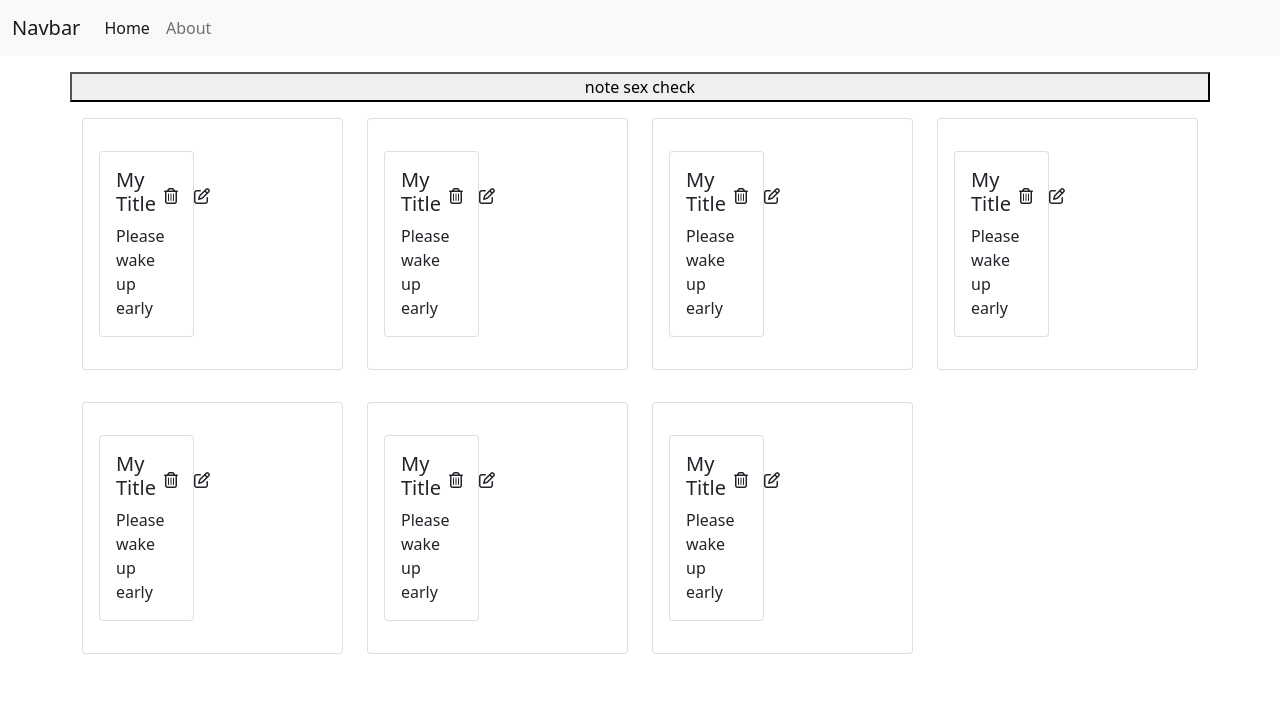
Repository: Asad-devv/inotebook-mern
Page: /
The author's editor kept a copy of each file at every save. The page is drawn from the files as they stood at one save, then again after the next save.
The browser window is 1280 px wide. The pictures show the whole page.
Some web libraries are served in a nearby version. The project was rebuilt for these pictures with package versions that can differ from the ones it lists, and the page was loaded fresh each time. Also part of the build but not shown: vite.config.js, src/components/AddNote.jsx, src/components/About.jsx.

Above is the page before, as saved 2023-04-14 01:09:06.

### index.html
<!DOCTYPE html>
<html lang="en">
  <head>
    <meta charset="UTF-8" />
    <link rel="icon" type="image/svg+xml" href="/vite.svg" />
    <meta name="viewport" content="width=device-width, initial-scale=1.0" />
    <link href="https://cdn.jsdelivr.net/npm/bootstrap@5.0.2/dist/css/bootstrap.min.css" rel="stylesheet" integrity="sha384-EVSTQN3/azprG1Anm3QDgpJLIm9Nao0Yz1ztcQTwFspd3yD65VohhpuuCOmLASjC" crossorigin="anonymous">
    <title>iNotebook</title>
  </head>
  <body>
    <div id="root"></div>
    <script type="module" src="/src/main.jsx"></script>

    <script src="https://kit.fontawesome.com/26504e4a1f.js" crossorigin="anonymous"></script>

    <script src="https://cdn.jsdelivr.net/npm/@popperjs/core@2.9.2/dist/umd/popper.min.js" integrity="sha384-IQsoLXl5PILFhosVNubq5LC7Qb9DXgDA9i+tQ8Zj3iwWAwPtgFTxbJ8NT4GN1R8p" crossorigin="anonymous"></script>
    <script src="https://cdn.jsdelivr.net/npm/bootstrap@5.0.2/dist/js/bootstrap.min.js" integrity="sha384-cVKIPhGWiC2Al4u+LWgxfKTRIcfu0JTxR+EQDz/bgldoEyl4H0zUF0QKbrJ0EcQF" crossorigin="anonymous"></script>
  </body>
</html>

### src/main.jsx
import React from 'react'
import ReactDOM from 'react-dom/client'
import App from './App'
// import './index.css'
import { BrowserRouter } from "react-router-dom"
import { Provider } from 'react-redux'
import store from './states/Store'


ReactDOM.createRoot(document.getElementById('root')).render(
  <React.StrictMode>
    <BrowserRouter>
    <Provider store={store} >
    <App />
    </Provider>
    </BrowserRouter>
  </React.StrictMode>,
)

### src/App.jsx
import { useState } from 'react'
import reactLogo from './assets/react.svg'
import viteLogo from '/vite.svg'
// import './App.css'
import {Home,Navbar,About} from "./components"
import { Route, Routes } from "react-router-dom"




function App() {

  return (
      <>
      <Navbar/>
      <div className="container">
      <Routes>
      <Route path="/" element={<Home />} />
      <Route path="/about" element={<About />} />
      </Routes>
      </div>

    </>
  );
}
export default App

### src/states/Store.js
import { configureStore } from '@reduxjs/toolkit'
import notesReducer from "./redux/notesSlice"


export default configureStore({
  reducer: {notes:notesReducer},
})

### src/components/index.js
import Home from "./Home"
import Navbar from "./Navbar"
import About from "./About"



export { Home,Navbar,About }

### src/states/redux/notesSlice.js
import { createSlice } from '@reduxjs/toolkit'


const notesInitial = [
        {
          "_id": "61322f19553781a8ca8d0e06",
          "user": "6131dc5e3e4037cd4734a066",
          "title": "My Title",
          "description": "Please wake up early",
          "tag": "personal",
          "date": "2021-09-03T14:20:09.509Z",
          "__v": 0
        },
        {
          "_id": "61322f19553781a8ca8d0e08",
          "user": "6131dc5e3e4037cd4734a066",
          "title": "My Title",
          "description": "Please wake up early",
          "tag": "personal",
          "date": "2021-09-03T14:20:09.668Z",
          "__v": 0
        },
        {
          "_id": "61322f19553781a8ca8d0e08",
          "user": "6131dc5e3e4037cd4734a066",
          "title": "My Title",
          "description": "Please wake up early",
          "tag": "personal",
          "date": "2021-09-03T14:20:09.668Z",
          "__v": 0
        },
        {
          "_id": "61322f19553781a8ca8d0e08",
          "user": "6131dc5e3e4037cd4734a066",
          "title": "My Title",
          "description": "Please wake up early",
          "tag": "personal",
          "date": "2021-09-03T14:20:09.668Z",
          "__v": 0
        },
        {
          "_id": "61322f19553781a8ca8d0e08",
          "user": "6131dc5e3e4037cd4734a066",
          "title": "My Title",
          "description": "Please wake up early",
          "tag": "personal",
          "date": "2021-09-03T14:20:09.668Z",
          "__v": 0
        },
        {
          "_id": "61322f19553781a8ca8d0e08",
          "user": "6131dc5e3e4037cd4734a066",
          "title": "My Title",
          "description": "Please wake up early",
          "tag": "personal",
          "date": "2021-09-03T14:20:09.668Z",
          "__v": 0
        },
        {
          "_id": "61322f19553781a8ca8d0e08",
          "user": "6131dc5e3e4037cd4734a066",
          "title": "My Title",
          "description": "Please wake up early",
          "tag": "personal",
          "date": "2021-09-03T14:20:09.668Z",
          "__v": 0
        },
      ]

export const notesSlice= createSlice({
    name:'notes',
    initialState:{value:notesInitial},
    reducers:{
        addNote:(state,action)=>{
                const newNote = action.payload
                return {
                    ...state,
                    value: [...state.value, newNote],
                };

        },deleteNote:(state)=>{

        },
        editNote:()=>{

        }
    }
})


export const { addNote} = notesSlice.actions

export default notesSlice.reducer

### src/components/Home.jsx
import React from 'react'
import { useSelector,useDispatch } from 'react-redux'
// import { update } from '../states/redux/notesSlice';
import Notes from './Notes';

const Home = () => {
  const dispatch= useDispatch();
  const notes =  useSelector((state) => state.notes.value)
  console.log(notes)
  return (
    <div>



        <Notes></Notes>
    </div>
  )
}

export default Home

### src/components/Navbar.jsx
import React,{useEffect,useState} from 'react'
import {Link,useLocation } from "react-router-dom"

const Navbar = () => {


  let location = useLocation();
  const [activeLink, setActiveLink] = useState()

  useEffect(() => {
    // Google Analytics
  }, [location]);

  return (

    <nav className="navbar navbar-expand-lg navbar-light bg-light">
      <div className="container-fluid">
        <a className="navbar-brand" href="#">Navbar</a>
        <button className="navbar-toggler" type="button" data-bs-toggle="collapse" data-bs-target="#navbarNav" aria-controls="navbarNav" aria-expanded="false" aria-label="Toggle navigation">
          <span className="navbar-toggler-icon" />
        </button>
        <div className="collapse navbar-collapse" id="navbarNav">
          <ul className="navbar-nav">
            <li className="nav-item">
              <Link to="/" className={`${location.pathname==="/" && "active"}   nav-link`} aria-current="page" href="#">Home</Link >
            </li>

            <li className="nav-item">
              <Link to="/about" className={`${location.pathname==="/about" && "active"}   nav-link`} href="#">About</Link >
            </li>

          </ul>
        </div>
      </div>
    </nav>  )
}

export default Navbar

### src/components/Notes.jsx
import React from 'react'
import { useSelector,useDispatch } from 'react-redux'
// import { update } from '../states/redux/notesSlice';
import { addNote } from '../states/redux/notesSlice'
import AddNote from './AddNote'

const NoteItem = ({title,description,tag})=>{
    return(
        <div className="col-md-3">
        <div class="card my-3">
            <div class ="card-body">
            {/* <h5 class ="card-title">{title}</h5> */}
            {/* <p class ="card-text">{description}</p>  */}
    <div className="col-md-5">
        <div className="card my-3">
            <div className="card-body">
                <div className="d-flex align-items-center">
                    <h5 className="card-title">{title}</h5><i className="far fa-trash-alt mx-2"></i>
                    <i className="far fa-edit mx-2"></i>
                </div>
                <p className="card-text">{description}</p>

            </div>
        </div></div>
        </div>
        </div>
    </div>
    )
}



const Notes = () => {
    const dispatch= useDispatch();
const notes =  useSelector((state) => state.notes.value)

const newNote = {tag:"asad",title:"shitty",description:"lorem1212121jasn ausb ashd kasd ahsklkjsdn "}
  return (

    <div className='row my-3'>
    <button onClick={()=>{dispatch(addNote(newNote))}}>note sex check</button>
         {notes.map((note)=>{
        return(
        //   <h1 key={  .id}>{note.title}</h1>
            <NoteItem key={note.id} {...note}/>
        )
      })}</div>
  )
}

export default Notes

After the next save:
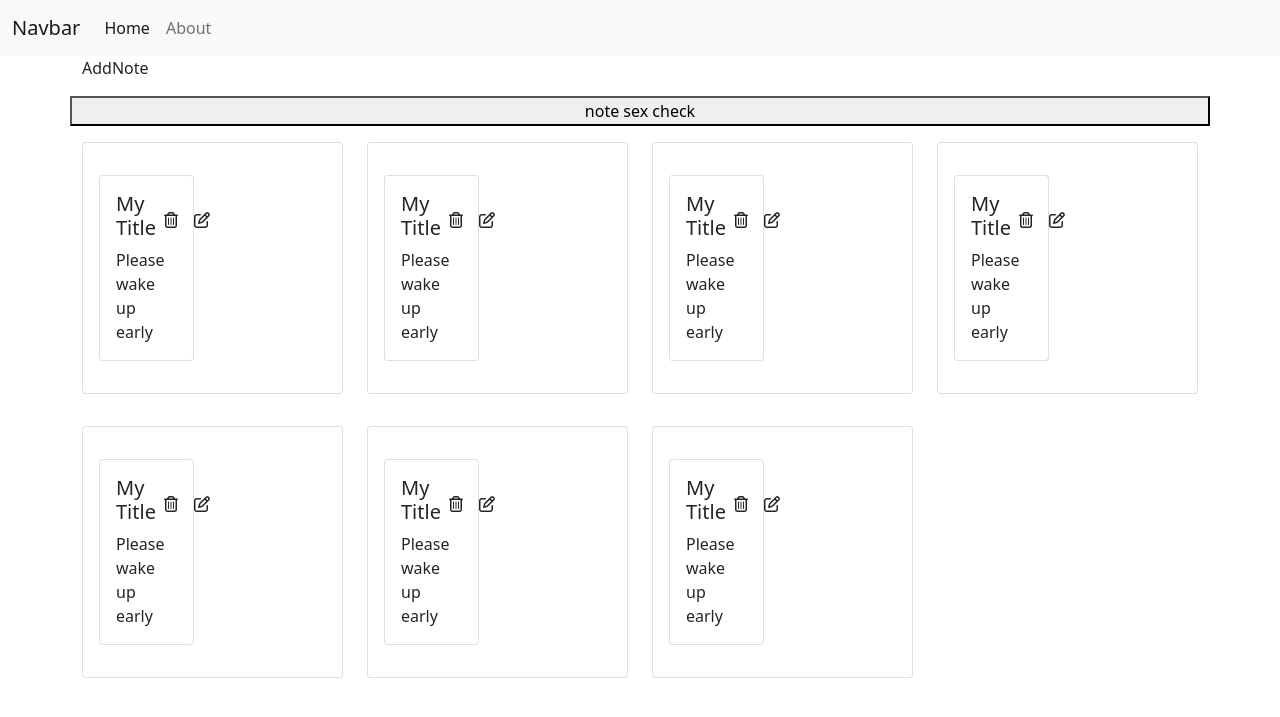
Saved 4 s later.
--- a/src/components/Home.jsx
+++ b/src/components/Home.jsx
@@ -10,7 +10,7 @@ const Home = () => {
   return (
     <div>
 
-
+      AddNote
 
         <Notes></Notes>
     </div>
